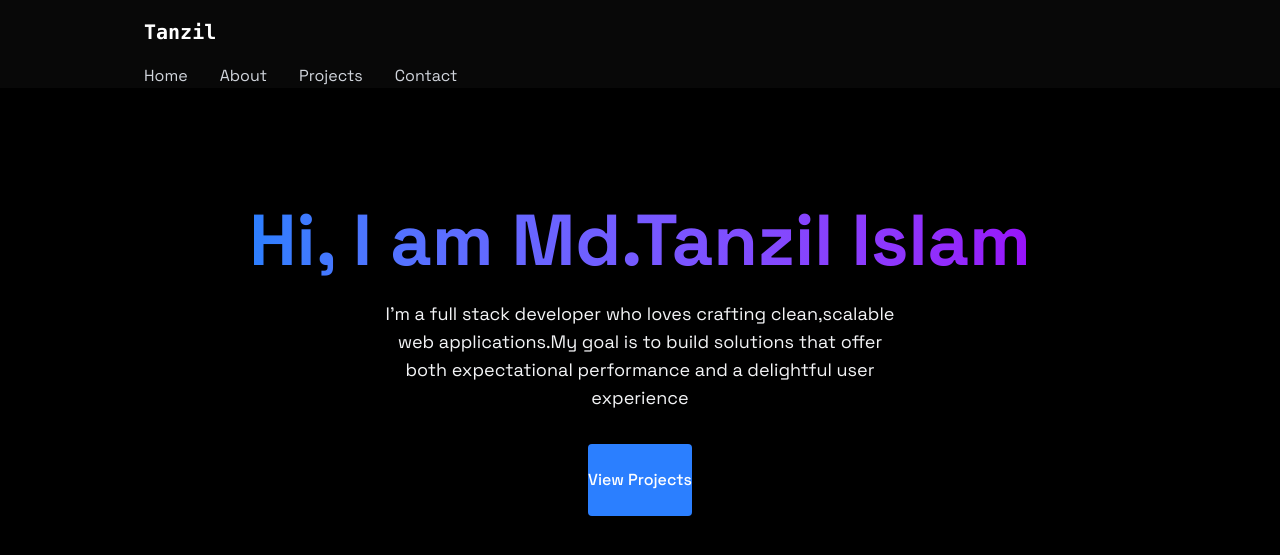
Repository: tanimtanzilislam/my_portfolio
Page: /
The author's editor kept a copy of each file at every save. The page is drawn from the files as they stood at one save, then again after a run of saves.
The browser window is 1280 px wide. The pictures show the whole page.
The project was rebuilt for these pictures with package versions that can differ from the ones it lists, and the page was loaded fresh each time. Also part of the build but not shown: vite.config.js.

Above is the page before, as saved 2025-05-10 12:21:42.

After the next 2 saves:
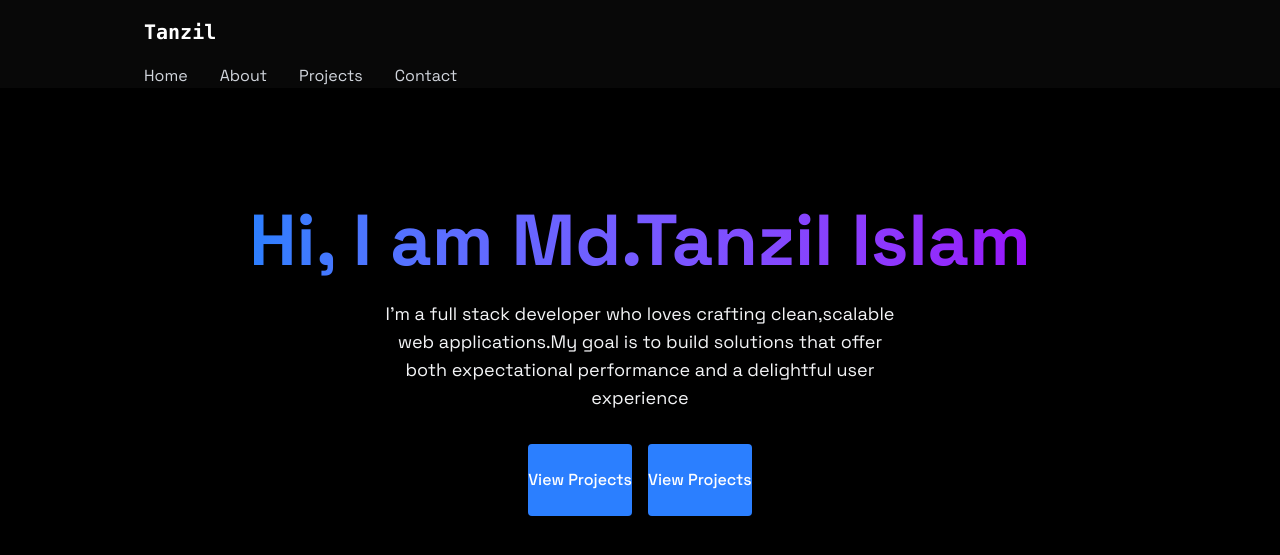
The 2 saves are shown as one change because they came seconds apart.
The last was saved 24 s later.
--- a/src/components/sections/Home.jsx
+++ b/src/components/sections/Home.jsx
@@ -9,6 +9,10 @@ export const Home =()=>{
             <a href="#projects " className="bg-blue-500 text-white py-3 py-6 rounded font-medium transition relative overflow-hidden hover:-translate-y-0.5 hover-shadow-[0_0_15px_rgba(59,130,246,0.4)]">
                 View Projects
             </a>
+
+            <a href="#projects " className="bg-blue-500 text-white py-3 py-6 rounded font-medium transition relative overflow-hidden hover:-translate-y-0.5 hover-shadow-[0_0_15px_rgba(59,130,246,0.4)]">
+                View Projects
+            </a>
            </div>
         </div>
     </section>
